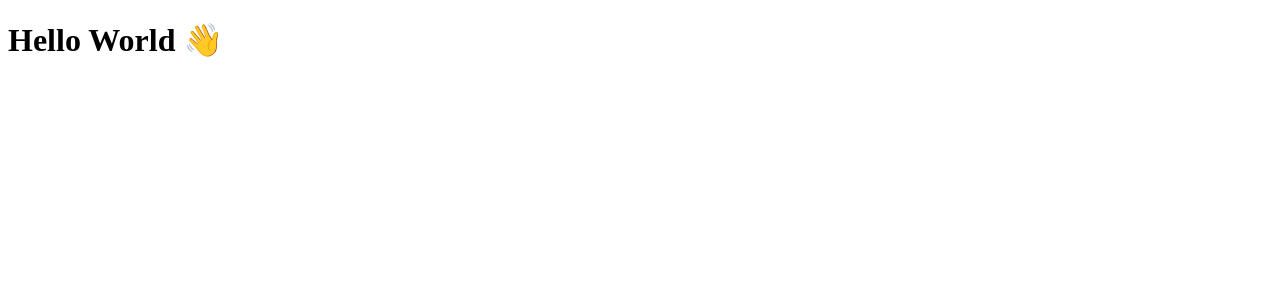
Repository: kaitlynlew/Book-Catalog
Page: /
These files come from the project's save history. The page is drawn as it stood at one moment and after the next save; the edit follows.
The browser window is 1280 px wide. The pictures show the whole page.
The project was rebuilt for these pictures with package versions that can differ from the ones it lists, and the page was loaded fresh each time. Also part of the build but not shown: vite.config.js.

Above is the page before, as saved 2025-09-14 00:02:01.

After the next save:
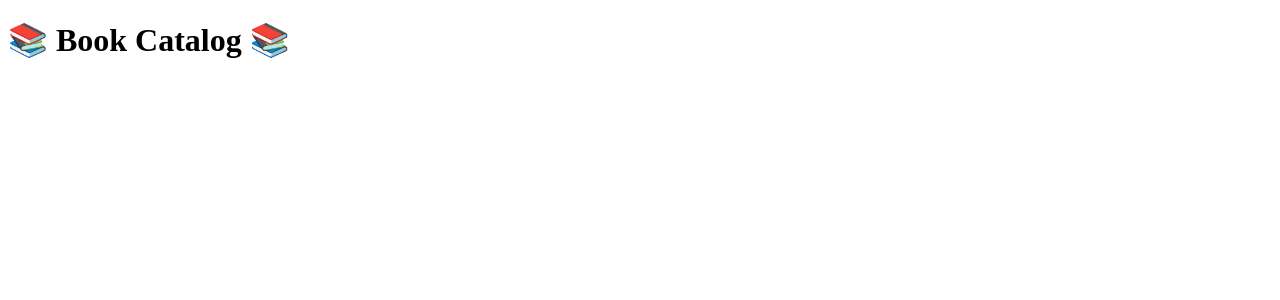
Saved 23 s later.
--- a/src/App.jsx
+++ b/src/App.jsx
@@ -1,6 +1,6 @@
 
 function App() {
-  return <h1>Hello World 👋</h1>;
+  return <h1>📚 Book Catalog 📚</h1>;
 }
 
 export default App;
